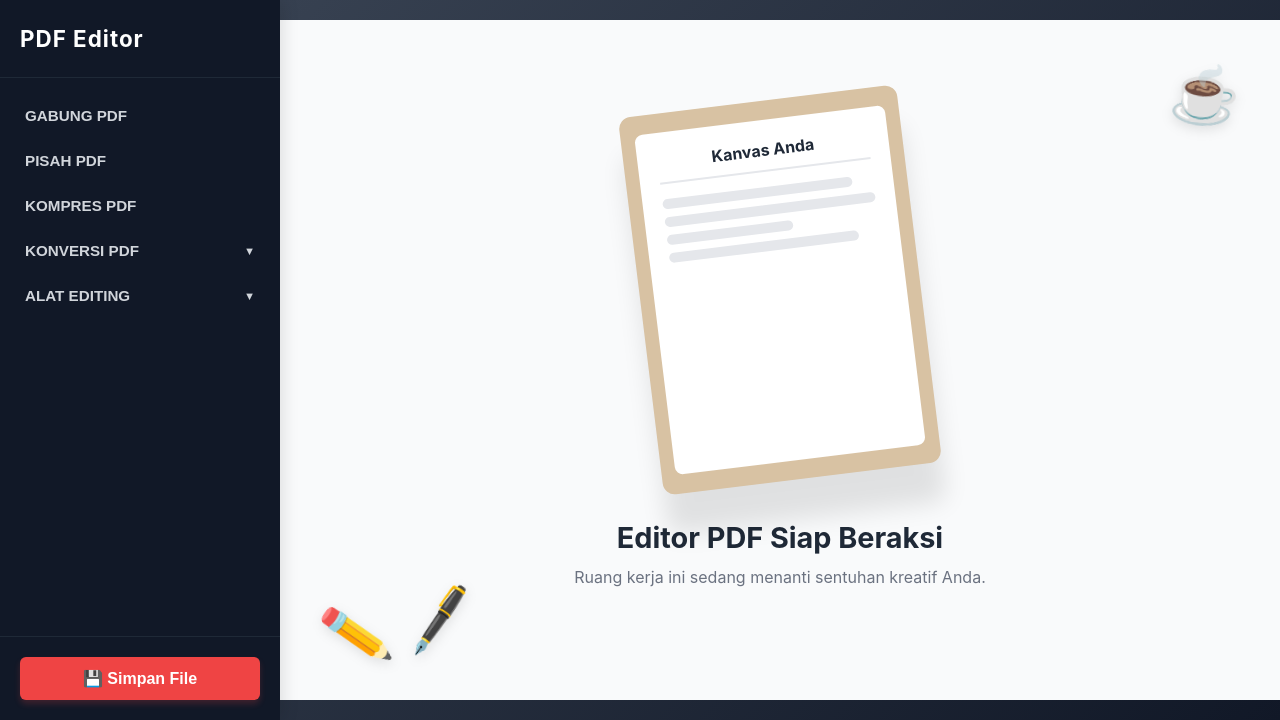
Repository: IkhsanMoekhtar/pdf_editor
Page: /
These files come from the project's save history. The page is drawn as it stood at one moment and after the next save; the edit follows.
The browser window is 1280 px wide. The pictures show the whole page.
The project was rebuilt for these pictures with package versions that can differ from the ones it lists, and the page was loaded fresh each time. Also part of the build but not shown: vite.config.js.

Above is the page before, as saved 2026-03-20 04:05:12.

### index.html
<!doctype html>
<html lang="en">
  <head>
    <meta charset="UTF-8" />
    <link rel="icon" type="image/svg+xml" href="/favicon.svg" />
    <meta name="viewport" content="width=device-width, initial-scale=1.0" />
    <title>frontend-pdf</title>
  </head>
  <body>
    <div id="root"></div>
    <script type="module" src="/src/main.jsx"></script>
  </body>
</html>

### src/index.css
/* --- CSS RESET GLOBAL --- */

/* Tanda bintang (*) artinya menerapkan aturan ini ke SEMUA elemen di website */
* {
  margin: 0;
  padding: 0;
  box-sizing: border-box; /* Memastikan padding tidak menambah lebar elemen */
}

/* Memaksa elemen dasar website untuk mengambil 100% layar tanpa sisa */
html, body, #root {
  width: 100%;
  height: 100%;
  background-color: #f3f4f6; /* Warna latar belakang aplikasi kita */
}

/* Menghilangkan font default yang kaku */
body {
  font-family: Inter, system-ui, Avenir, Helvetica, Arial, sans-serif;
  -webkit-font-smoothing: antialiased;
}

### src/App.jsx
import React, { useState, useRef, useEffect } from 'react';
import { Document, Page, pdfjs } from 'react-pdf';
import './App.css';


pdfjs.GlobalWorkerOptions.workerSrc = new URL(
  'pdfjs-dist/build/pdf.worker.min.mjs',
  import.meta.url,
).toString();

function App() {

  const [pdfFile, setPdfFile] = useState(null);

  // Secara default, activeTool adalah null (Mode Kursor/Pan)
  const [activeTool, setActiveTool] = useState(null);
  const [expandedMenu, setExpandedMenu] = useState(null);
  const fileInputRef = useRef(null);

  const [numPages, setNumPages] = useState(null);
  const [pageNumber, setPageNumber] = useState(1);
  const pdfWrapperRef = useRef(null);

  // --- REF BARU UNTUK WADAH SCROLL ---
  const scrollContainerRef = useRef(null);

  const [containerSize, setContainerSize] = useState({ width: 0, height: 0 });
  const [originalPageSize, setOriginalPageSize] = useState(null);
  const [userZoom, setUserZoom] = useState(1);
  const [rotation, setRotation] = useState(0);
  const [visualZoom, setVisualZoom] = useState(1); // Zoom instan untuk efek visual CSS
  const [isZooming, setIsZooming] = useState(false); // Penanda apakah animasi zoom sedang aktif
  const zoomTimeoutRef = useRef(null);
  const [isZoomMode, setIsZoomMode] = useState(false);
  const [flipX, setFlipX] = useState(false);
  const [flipY, setFlipY] = useState(false);

  // --- STATE BARU UNTUK LOGIKA DRAG / PANNING ---
  const [isDragging, setIsDragging] = useState(false);
  const [dragStart, setDragStart] = useState({ x: 0, y: 0 });
  const [scrollStart, setScrollStart] = useState({ left: 0, top: 0 });

  useEffect(() => {
    const observer = new ResizeObserver((entries) => {
      if (entries[0]) {
        setContainerSize({
          width: entries[0].contentRect.width - 60,
          height: entries[0].contentRect.height - 100
        });
      }
    });

    if (pdfWrapperRef.current) observer.observe(pdfWrapperRef.current);
    return () => observer.disconnect();
  }, [pdfFile]);


  // --- EFEK SCROLL ZOOM (SUPER RESPONSIVE) ---
  useEffect(() => {
    const container = scrollContainerRef.current;
    if (!container) return;

    const handleWheelZoom = (e) => {
      if (isZoomMode) {
        e.preventDefault();
        const zoomStep = 0.1;

        // 1. Ambil posisi mouse relatif terhadap container (viewport)
        const rect = container.getBoundingClientRect();
        const mouseX = e.clientX - rect.left;
        const mouseY = e.clientY - rect.top;

        // 2. Hitung posisi konten saat ini (sebelum zoom baru diterapkan)
        // Rumus: (Scroll Saat Ini + Posisi Mouse) / Zoom Saat Ini
        const contentX = (container.scrollLeft + mouseX) / userZoom;
        const contentY = (container.scrollTop + mouseY) / userZoom;

        // 3. Tentukan nilai zoom baru
        let nextZoom;
        if (e.deltaY < 0) {
          nextZoom = Math.min(userZoom + zoomStep, 4);
        } else {
          nextZoom = Math.max(userZoom - zoomStep, 0.25);
        }

        // 4. Update state zoom
        setUserZoom(nextZoom);

        // 5. KRITIKAL: Hitung dan terapkan scroll baru secara INSTAN
        // Kita hitung di mana koordinat konten tadi harus berada pada skala yang baru
        container.scrollLeft = contentX * nextZoom - mouseX;
        container.scrollTop = contentY * nextZoom - mouseY;
      }
    };

    // Gunakan { passive: false } agar e.preventDefault() bekerja
    container.addEventListener('wheel', handleWheelZoom, { passive: false });
    return () => container.removeEventListener('wheel', handleWheelZoom);
  }, [isZoomMode, userZoom]); // userZoom HARUS ada di sini agar perhitungan posisi akurat

  const calculateOptimalScale = () => {
    if (!containerSize.width || !containerSize.height || !originalPageSize) return 1;

    // Menghitung berapa persen zoom yang dibutuhkan untuk lebar dan tinggi
    const scaleX = containerSize.width / originalPageSize.width;
    const scaleY = containerSize.height / originalPageSize.height;

    // MAGIC: Ambil nilai zoom terkecil agar tidak ada bagian yang terpotong/ke-zoom!
    return Math.min(scaleX, scaleY);
  };

  const calculateBaseScale = () => {
    // Jika data belum lengkap, gunakan skala sangat kecil (0.1)
    // agar PDF raksasa tidak langsung "meledak" dan merusak layout
    if (!containerSize.width || !containerSize.height || !originalPageSize) return 0.2;

    // Pastikan nilai width/height tidak undefined untuk mencegah error NaN (Not a Number)
    if (!originalPageSize.width || !originalPageSize.height) return 1;

    const scaleX = containerSize.width / originalPageSize.width;
    const scaleY = containerSize.height / originalPageSize.height;

    // Kurangi 0.02 (2%) sebagai margin ekstra agar tepian PDF tidak terlalu mepet
    return Math.min(scaleX, scaleY) - 0.02;
  };

  const handleFileUpload = (event) => {
    const file = event.target.files[0];
    if (file && file.type === 'application/pdf') {
      setPdfFile(file);
      setPageNumber(1);
      setOriginalPageSize(null);
      setUserZoom(1);
      setRotation(0);
      setFlipX(false);
      setFlipY(false);
      setActiveTool(null); // Reset tool ke mode pan saat file baru masuk
    } else {
      alert("Mohon unggah file dengan format PDF.");
    }
  };

  const onDocumentLoadSuccess = ({ numPages }) => setNumPages(numPages);
  const onPageLoadSuccess = (page) => {
    setOriginalPageSize({
      width: page.originalWidth,
      height: page.originalHeight
    });
  };
  const changePage = (offset) => setPageNumber(prev => prev + offset);

  // --- FUNGSI MOUSE UNTUK DRAG & PANNING ---
  const handleMouseDown = (e) => {
    // Hanya bisa di-drag jika TIDAK ADA tool edit yang aktif (Mode Kursor)
    if (activeTool !== null) return;

    setIsDragging(true);
    // Catat posisi awal mouse
    setDragStart({ x: e.pageX, y: e.pageY });
    // Catat posisi awal scrollbar
    setScrollStart({
      left: scrollContainerRef.current.scrollLeft,
      top: scrollContainerRef.current.scrollTop
    });
  };

  const handleMouseMove = (e) => {
    if (!isDragging) return;
    e.preventDefault(); // Mencegah browser nge-blok (highlight teks biru) saat ditarik

    // Hitung jarak geser mouse
    const dx = e.pageX - dragStart.x;
    const dy = e.pageY - dragStart.y;

    // Terapkan jarak tersebut untuk menggeser scrollbar
    scrollContainerRef.current.scrollLeft = scrollStart.left - dx;
    scrollContainerRef.current.scrollTop = scrollStart.top - dy;
  };

  const handleMouseUpOrLeave = () => {
    setIsDragging(false);
  };

  // --- FUNGSI ACTION BAR ---
  const handleToolClick = (toolName) => {
    // Jika klik tool yang sama, matikan toolnya (kembali ke mode pan/kursor)
    setActiveTool(prev => prev === toolName ? null : toolName);
  };

  const rotateRight = () => setRotation(prev => (prev + 90) % 360);
  const rotateLeft = () => setRotation(prev => (prev - 90 + 360) % 360);
  const triggerUpload = () => fileInputRef.current.click();
  const toggleMenu = (menuName) => setExpandedMenu(prev => prev === menuName ? null : menuName);

  // --- MENENTUKAN BENTUK KURSOR ---
  const getCursorStyle = () => {
    if (activeTool) return 'crosshair'; // Bentuk "+" untuk menggambar/teks
    if (isDragging) return 'grabbing'; // Bentuk "tangan mengepal" saat ditarik
    return 'grab'; // Bentuk "tangan terbuka" saat mode pan
  };

  const baseWidth = originalPageSize ? (originalPageSize.width * calculateBaseScale()) : 0;
  const currentWidth = baseWidth * userZoom;

  return (
    <div className="app-container">

      <aside className="main-sidebar">
        {/* ... (KODE SIDEBAR TETAP SAMA SEPERTI SEBELUMNYA) ... */}
        <div className="brand">
            <strong>PDF Editor</strong>
        </div>

        <nav className="sidebar-nav">
          <button className="nav-item">GABUNG PDF</button>
          <button className="nav-item">PISAH PDF</button>
          <button className="nav-item">KOMPRES PDF</button>

          <div className={`nav-group ${expandedMenu === 'convert' ? 'expanded' : ''}`}>
            <button className="nav-item has-arrow" onClick={() => toggleMenu('convert')}>
              KONVERSI PDF <span className="arrow">▼</span>
            </button>
            <div className="submenu">
              <div className="submenu-title">KE PDF</div>
              <button className="submenu-btn"><span className="doc-icon icon-jpg">J</span> JPG ke PDF</button>
              <button className="submenu-btn"><span className="doc-icon icon-word">W</span> WORD ke PDF</button>
              <button className="submenu-btn"><span className="doc-icon icon-ppt">P</span> PPT ke PDF</button>
              <button className="submenu-btn"><span className="doc-icon icon-excel">X</span> EXCEL ke PDF</button>

              <div className="submenu-title" style={{ marginTop: '10px' }}>DARI PDF</div>
              <button className="submenu-btn"><span className="doc-icon icon-jpg">J</span> PDF ke JPG</button>
              <button className="submenu-btn"><span className="doc-icon icon-word">W</span> PDF ke WORD</button>
              <button className="submenu-btn"><span className="doc-icon icon-ppt">P</span> PDF ke PPT</button>
              <button className="submenu-btn"><span className="doc-icon icon-excel">X</span> PDF ke EXCEL</button>
            </div>
          </div>

          <div className={`nav-group ${expandedMenu === 'tools' ? 'expanded' : ''}`}>
            <button className="nav-item has-arrow" onClick={() => toggleMenu('tools')}>
              ALAT EDITING <span className="arrow">▼</span>
            </button>
            <div className="submenu">
              <button className={`submenu-btn ${activeTool === 'text' ? 'active' : ''}`} onClick={() => handleToolClick('text')}>
                <span className="doc-icon icon-pdf">T</span> Tambah Teks
              </button>
              <button className={`submenu-btn ${activeTool === 'draw' ? 'active' : ''}`} onClick={() => handleToolClick('draw')}>
                <span className="doc-icon icon-pdf">C</span> Coretan Bebas
              </button>
              <button className={`submenu-btn ${activeTool === 'highlight' ? 'active' : ''}`} onClick={() => handleToolClick('highlight')}>
                <span className="doc-icon icon-pdf">H</span> Highlight Area
              </button>
            </div>
          </div>
        </nav>

        <div className="sidebar-footer">
          <button className="save-btn" onClick={() => { if(pdfFile) alert("Mempersiapkan data!"); }}>
            💾 Simpan File
          </button>
        </div>
      </aside>

      <main className="workspace">
        <div
          className="viewer-container"
          ref={pdfWrapperRef}
          style={{
            width: '100%',
            height: '100%',
            display: 'flex',
            flexDirection: 'column',
            alignItems: 'center',
            justifyContent: 'center',
            overflow: 'hidden',
            // Hapus backgroundColor, ganti dengan backgroundImage
            backgroundImage: 'linear-gradient(135deg, #374151 0%, #111827 100%)'
          }}
        >
          {pdfFile ? (
            <div className="custom-pdf-viewer" style={{ display: 'flex', flexDirection: 'column', alignItems: 'center', width: '100%', height: '100%', padding: '20px' ,position:'relative'}}>

              <div className="pdf-controls" style={{ flexShrink: 0, marginBottom: '15px', display: 'flex', gap: '15px', alignItems: 'center', backgroundColor: 'white', padding: '10px 20px', borderRadius: '8px', boxShadow: '0 2px 5px rgba(0,0,0,0.1)' }}>
                <button onClick={() => changePage(-1)} disabled={pageNumber <= 1} style={{ padding: '8px 12px', cursor: pageNumber <= 1 ? 'not-allowed' : 'pointer', border: '1px solid #ccc', borderRadius: '4px', background: 'white' }}>
                  ◀ Prev
                </button>
                <span style={{ fontWeight: 'bold', color: '#374151' }}>
                  Halaman {pageNumber} dari {numPages || '--'}
                </span>
                <button onClick={() => changePage(1)} disabled={pageNumber >= numPages} style={{ padding: '8px 12px', cursor: pageNumber >= numPages ? 'not-allowed' : 'pointer', border: '1px solid #ccc', borderRadius: '4px', background: 'white' }}>
                  Next ▶
                </button>
              </div>

              {/* --- WADAH SCROLL DENGAN MOUSE EVENT --- */}
              <div
                className="pdf-paper-wrapper"
                ref={scrollContainerRef}
                onMouseDown={handleMouseDown}
                onMouseMove={handleMouseMove}
                onMouseUp={handleMouseUpOrLeave}
                onMouseLeave={handleMouseUpOrLeave} // Berhenti drag jika mouse keluar area
                style={{
                  flex: 1,
                  overflow: 'auto',
                  justifyContent: 'center',
                  alignItems: 'flex-start',
                  width: '100%',
                  paddingTop: '10px',
                  paddingBottom: '20px',
                  cursor: getCursorStyle(), // Kursor berubah secara dinamis
                  userSelect: isDragging ? 'none' : 'auto' // Mencegah teks ke-blok saat ditarik
                }}
              >
                <div className="pdf-paper"
                style={{
                  boxShadow: '0 10px 30px rgba(0,0,0,0.15)',
                  backgroundColor: 'white',
                  display: 'block',
                  margin: currentWidth > containerSize.width ? '0' : '0 auto',
                  width: currentWidth ? `${currentWidth}px` : 'auto',
                }}>
                <Document
                  file={pdfFile}
                  onLoadSuccess={onDocumentLoadSuccess}
                  loading={<div style={{ padding: '50px' }}>Memuat mesin dan dokumen...</div>}
                >
                  <Page
                    pageNumber={pageNumber}
                    renderTextLayer={false}
                    renderAnnotationLayer={false}
                    onLoadSuccess={onPageLoadSuccess}
                    scale={calculateBaseScale() * 4}
                    rotate={rotation}
                  />
                </Document>
                </div>
              </div>

              <div className="floating-action-bar" style={{ position: 'absolute', bottom: '20px', left: '50%', transform: 'translateX(-50%)', backgroundColor: 'rgba(255,255,255,0.9)', backdropFilter: 'blur(5px)', padding: '10px 20px', borderRadius: '99px', boxShadow: '0 10px 25px rgba(0,0,0,0.1)', display: 'flex', gap: '10px', alignItems: 'center', zIndex: 1000, border: '1px solid #e5e7eb' }}>
                <p style={{ fontSize: '11px', color: '#6b7280', marginRight: '5px' }}>Zoom: {(calculateBaseScale() * userZoom* 100).toFixed(0)}%</p>
                <button
                  className={`action-btn ${isZoomMode ? 'active' : ''}`}
                  onClick={() => setIsZoomMode(!isZoomMode)}
                  title="Gunakan Scroll Mouse untuk Zoom"
                >
                  🔍 {isZoomMode ? 'Scroll Zoom: ON' : 'Scroll Zoom: OFF'}
                </button>
                <div style={{ width: '1px', height: '20px', backgroundColor: '#e5e7eb' }}></div>
                <button className={`action-btn ${rotation !== 0 ? 'active' : ''}`} onClick={rotateLeft} title="Putar kanan">🔄 R</button>
                <button className={`action-btn ${rotation !== 0 ? 'active' : ''}`} onClick={rotateRight} title="Putar Kiri">🔄 L</button>
                <div style={{ width: '1px', height: '20px', backgroundColor: '#e5e7eb' }}></div>

                {/* Tombol Alat Edit (Bisa di-toggle on/off) */}
                <button className={`action-btn ${activeTool === 'text' ? 'active' : ''}`} onClick={() => handleToolClick('text')}>✍️ Teks</button>
                <button className={`action-btn ${activeTool === 'draw' ? 'active' : ''}`} onClick={() => handleToolClick('draw')}>🖌️ Coret</button>
              </div>

            </div>
          ) : (
            <div className="empty-state desktop-scene" onClick={triggerUpload} style={{ margin: '20px' }}>
              <input type="file" accept="application/pdf" style={{ display: 'none' }} ref={fileInputRef} onChange={handleFileUpload} />
              <div className="clipboard"><div className="clipboard-paper"><div className="clipboard-header">Kanvas Anda</div><div className="clipboard-content"><div className="empty-line large"></div><div className="empty-line"></div><div className="empty-line medium"></div><div className="empty-line large"></div></div></div></div>
              <div className="desk-item coffee-cup">☕️</div>
              <div className="desk-item pens">✏️ 🖋️</div>
              <div className="message-container">
                <h3>Editor PDF Siap Beraksi</h3>
                <p>Ruang kerja ini sedang menanti sentuhan kreatif Anda.</p>
              </div>
            </div>
          )}
        </div>
      </main>
    </div>
  );
}

export default App;

Loaded but not shown: src/main.jsx (common file); src/App.css (317 lines, source omitted)

After the next save:
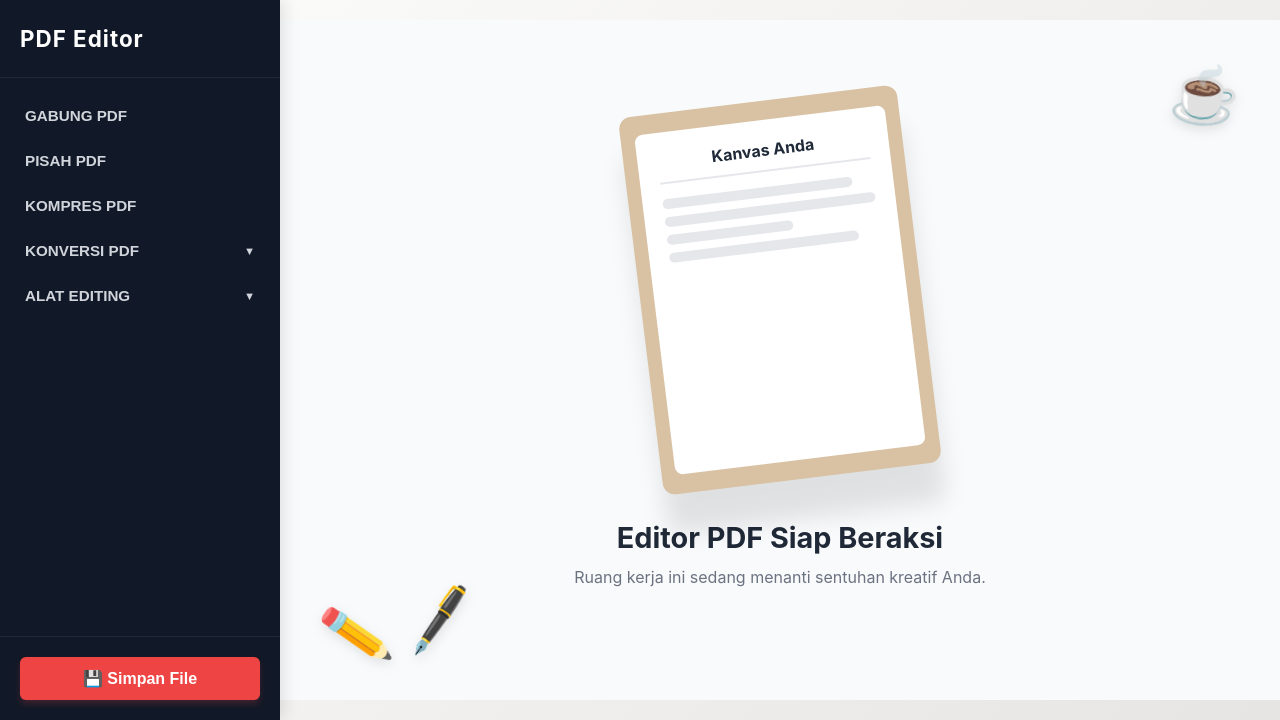
Saved 59 s later.
--- a/src/App.jsx
+++ b/src/App.jsx
@@ -273,7 +273,7 @@ function App() {
             justifyContent: 'center',
             overflow: 'hidden',
             // Hapus backgroundColor, ganti dengan backgroundImage
-            backgroundImage: 'linear-gradient(135deg, #374151 0%, #111827 100%)'
+            backgroundImage: 'linear-gradient(135deg, #fafaf9 0%, #e7e5e4 100%)'
           }}
         >
           {pdfFile ? (
